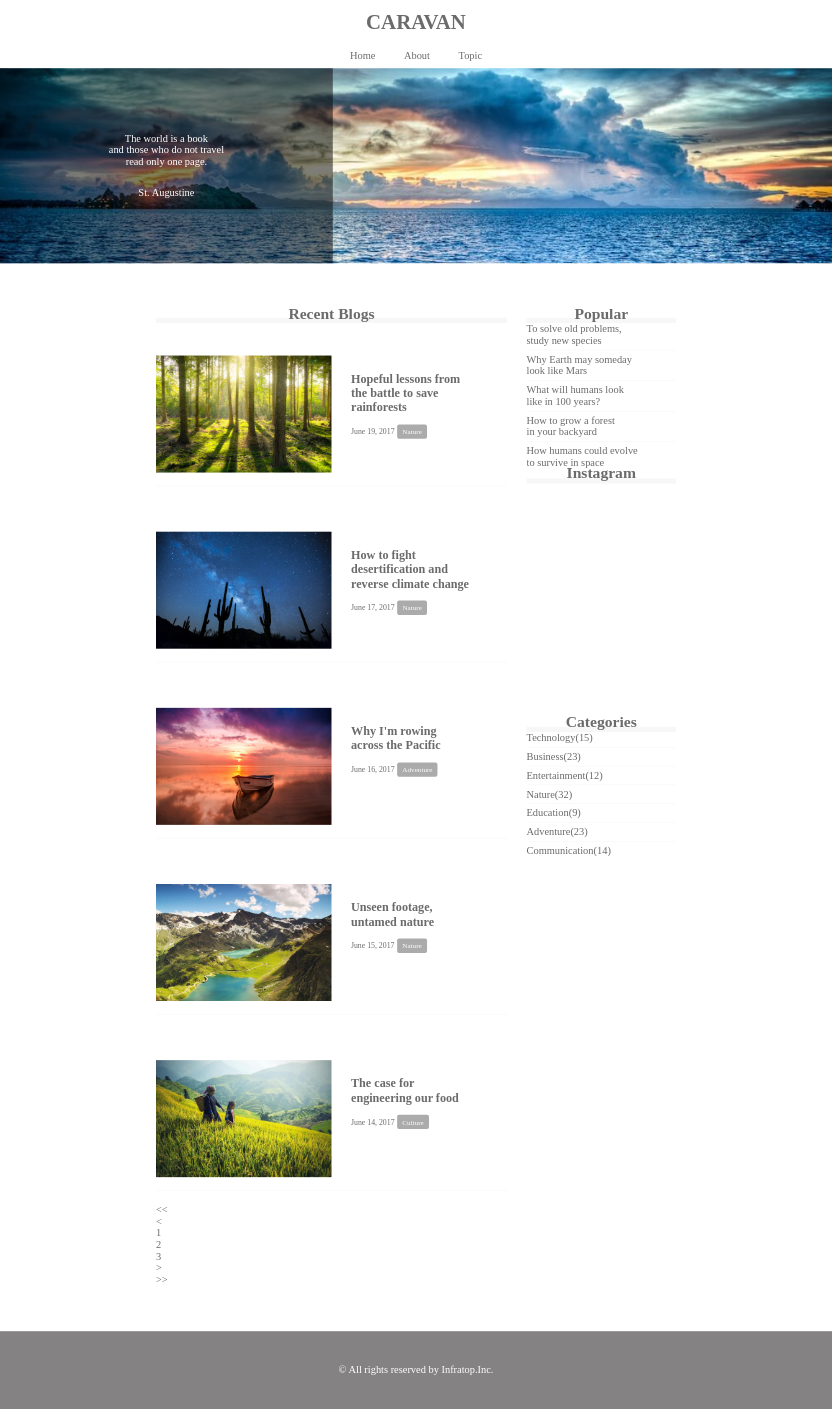
Repository: rascalNoShippo/git-practice
Page: caravan/index.html
The author's editor kept a record of every edit. The page is drawn from the files as they stood at one moment, then again after the next edit.
The browser window is 1280 px wide. The pictures show the whole page, at 65% of full size.

Above is the page before.

After the next edit:
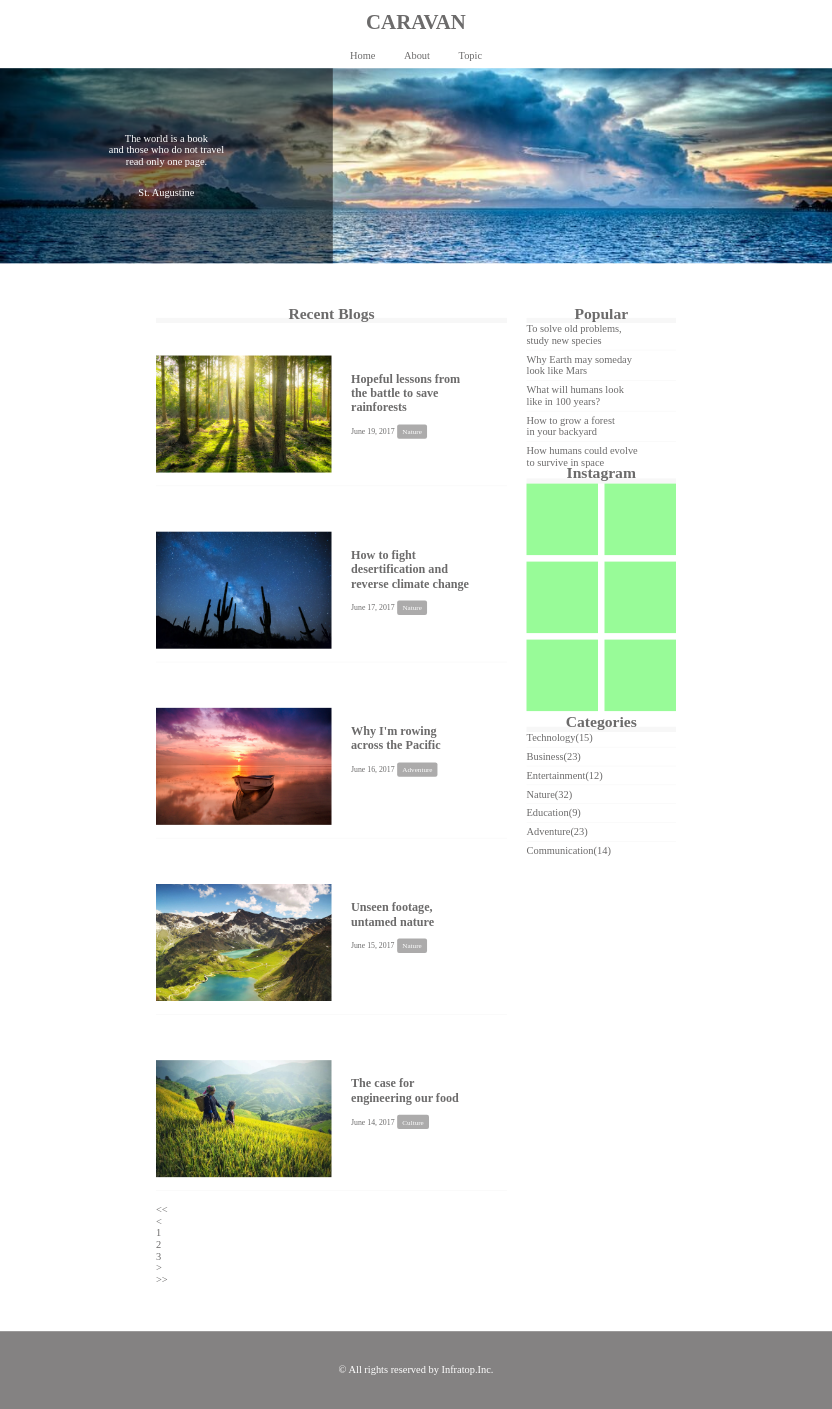
The edit:
--- a/caravan/style.css
+++ b/caravan/style.css
@@ -160,6 +160,11 @@
   background-size: cover;
   background-position: center;
   margin-bottom: 10px;
+  background-color: palegreen;
+}
+
+.instagram-box:nth-child(2n+1) {
+  margin-right: 10px;
 }
 
 footer {
